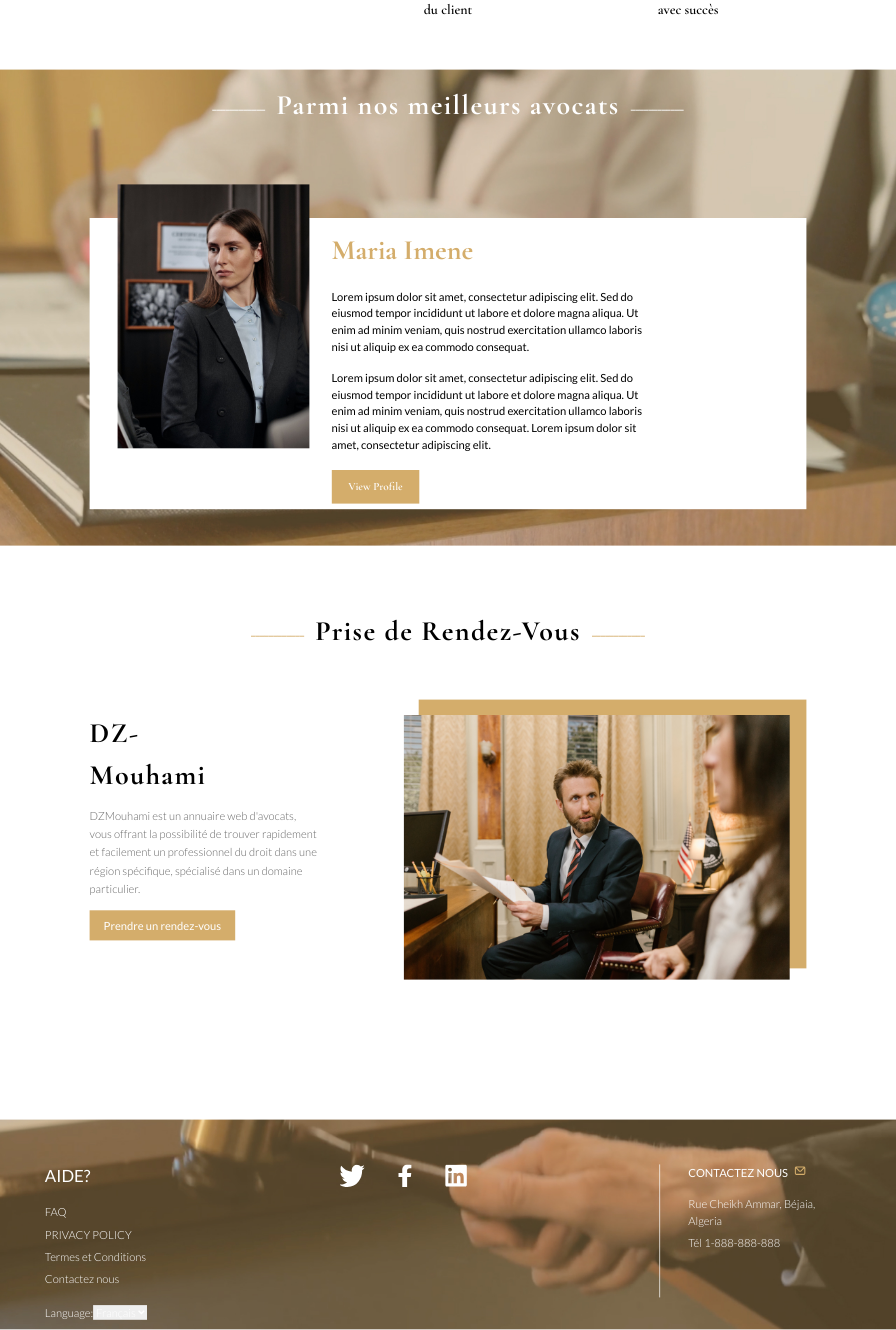
Repository: Chekrouba-Tinhinane/Mohami_dz
Page: / (app in client/)
These files come from the project's save history. The page is drawn as it stood at one moment and after the next save; the edit follows.
The browser window is 1280 px wide. The pictures show the part of the page from y = 2368 to 4288 px (the page is 4268 px tall before and 4288 px after), at 70% of full size.
The project was rebuilt for these pictures with package versions that can differ from the ones it lists, and the page was loaded fresh each time. Also part of the build but not shown: client/vite.config.js, client/src/SignIn.jsx, client/src/components/Selector.jsx, client/src/components/SearchContainer.jsx, client/src/Search.jsx, client/src/components/super/HomeLayout.jsx, client/src/components/Profile.jsx.

Above is the page before, as saved 2024-01-25 18:23:32.

### client/index.html
<!doctype html>
<html lang="en">
  <head>
    <meta charset="UTF-8" />
    <link rel="icon" type="image/svg+xml" href="/vite.svg" />
    <meta name="viewport" content="width=device-width, initial-scale=1.0" />
    <title>Mouhami DZ</title>
  </head>
  <body>
    <div id="root"></div>
    <script type="module" src="/src/App.jsx"></script>
  </body>
</html>

### client/src/App.jsx
import React from "react";
import { createRoot } from "react-dom/client";
import { BrowserRouter, Routes, Route } from "react-router-dom";
import "./index.css";
import LandingPage from "./LandingPage";
import SignIn from "./SignIn";
import Search from "./Search";
import HomeLayout from "./components/super/HomeLayout";
import Profile from "./components/Profile";

const App = () => {
  return (
    <BrowserRouter>
      <Routes>
        <Route path={"/"} element={<LandingPage />} />

        <Route path={"/Signin"} element={<SignIn />} />
        <Route
          path={"/Search"}
          element={<HomeLayout pageComponent={<Search />} />}
        />
        {/* <Route path={"/Signin"} element={<SignIn />} />
        <Route
          path={"/Schedule"}
          element={<HomeLayout pageComponent={<Schedule />} />}
        />

        <Route
          path={"/Settings"}
          element={<HomeLayout pageComponent={<Staff />} />}
        />
        <Route
          path={"/profile/:id"}
          element={<HomeLayout pageComponent={<Profile />} />}
        /> */}
        <Route
          path={"/profile"}
          element={<HomeLayout pageComponent={<Profile />} />}
        />
      </Routes>
    </BrowserRouter>
  );
};

export default App;

const root = createRoot(document.getElementById("root"));
root.render(<App />);

### client/src/index.css
@import url("https://fonts.googleapis.com/css2?family=Cormorant+Garamond:wght@300;400;500;600;700&family=Lato:wght@100;300;400;700;900&display=swap");

@tailwind base;
@tailwind components;
@tailwind utilities;

@layer base {
  a {
    @apply cursor-pointer;
  }
  h1 {
    @apply text-[50px] font-bold;
  }
  h2 {
    @apply text-[2.5rem] font-bold;
  }
  p {
  }
  h3 {
  }
  h4 {
    @apply text-[1rem] font-semibold;
  }
  textarea {
  }
  input {
  }
  select {
  }
}

* {
  /*font-family: 'Cormorant Garamond', serif; */
  font-family: "Lato", sans-serif;
  box-sizing: border-box;
  padding: 0;
  margin: 0;
}

.recursive {
  font-family: "Cormorant Garamond", serif;
}

.nav-item::after {
  content: "";
  display: block;
  width: 0;
  height: 2px;
  margin-top: 5px;
  background-color: rgb(212, 173, 107);
  transition: width 0.4s;
}

.nav-item:hover::after {
  width: 100%;
}

### client/src/LandingPage.jsx
import React, { useEffect, useState } from "react";

import header from "./assets/landing/header.jpg";
import hero from "./assets/landing/hero.png";
import section1 from "./assets/landing/section1.jpg";
import section2 from "./assets/landing/section2.jpg";
import footer from "./assets/landing/footer.jpg";
import maria from "./assets/landing/maria.jpg";
import scene from "./assets/landing/scene.png";

import msg from "./assets/icons/contact/msg.svg";

import twitter from "./assets/icons/footer/twitter.svg";
import fb from "./assets/icons/footer/fb.svg";
import linkedin from "./assets/icons/footer/linkedin.svg";

import NavBar from "./components/super/NavBar";

import AOS from "aos";
import "aos/dist/aos.css";

AOS.init();

const LandingPage = () => {
  useEffect(() => {
    AOS.refresh();
  }, []);

  return (
    <div className="overflow-hidden flex flex-col relative mx-auto items-center bg-white z-10">
      <header className=" p-3 recursive border-b border-b-primary w-[90%] text-center font-semibold text-xl">
        {" "}
        DZ Mouhami{" "}
      </header>
      <NavBar />
      <Header />
      <About />
      <Feedback />

      <Achievements />
      <Hero />
      <Appoint />
      <Footer />
    </div>
  );
};

export default LandingPage;

function Header() {
  return (
    <section
      id="header"
      className=" relative flex w-screen justify-center my-3"
    >
      <img src={header} className="w-full h-[600px] object-cover" alt="" />
      <h2 className=" recursive absolute bottom-[7%] left-[10%] text-white w-[60%]">
        "Legal Solutions, Trusted Advocacy: Your Path to Justice Begins with
        Us."
      </h2>
    </section>
  );
}

function About() {
  return (
    <section
      id="about"
      data-aos="fade-right"
      data-aos-duration="1000"
      className="mx-3 my-10 flex gap-[6rem] justify-center items-center"
    >
      {/* fifth section */}
      <div className=" flex flex-col w-[40%] ">
        <h2 className=" recursive w-[40%] place-self-end">
          A propos de DZ Mouhami
        </h2>
        <img src={hero} className="" alt="" />
      </div>

      <div className=" basis-[40%] mb-16 ">
        {" "}
        {/*  */}
        <h2 className=" recursive tracking-wider w-[50%] my-4">DZ-Mouhami</h2>
        <p className=" w-[80%] opacity-60 font-light leading-relaxed mb-7">
          DZMouhami est un annuaire web d'avocats, vous offrant la possibilité
          de trouver rapidement et facilement un professionnel du droit dans une
          région spécifique, spécialisé dans un domaine particulier.
        </p>
        <a
          href=""
          className=" py-2 px-5 text-white bg-primary hover:bg-opacity-65"
        >
          Trouver un avocat
        </a>
      </div>
    </section>
  );
}

function Feedback() {
  const userComments = [
    {
      username: "User123",
      comment:
        "Effortlessly found the right lawyer for my needs – the detailed profiles and client reviews streamlined the decision-making process.",
    },
    {
      username: "LegalEagle",
      comment:
        "Incredibly user-friendly directory; comprehensive lawyer profiles and responsive design made my search for legal representation hassle-free.",
    },
    {
      username: "LawSeeker",
      comment:
        "Highly impressed with the intuitive interface and wealth of information – this directory simplified the task of finding a skilled attorney.",
    },
  ];

  // You can now use the userComments array as needed in your code.

  return (
    <section
      id="feedback"
      className=" relative flex w-screen justify-center my-4"
    >
      <img
        src={section1}
        className="w-full h-[640px] bg-center object-cover"
        alt=""
      />
      <div className="absolute top-0 text-white">
        <div className=" flex flex-col items-center">
          <div className="flex items-center my-5 gap-4">
            <span className=" font-semibold select-none">____________</span>
            <h2 className=" recursive  tracking-wider ">
              Nos Témoignages
            </h2>{" "}
            <span className=" font-semibold select-none">____________</span>
          </div>

          <h2 className=" mt-16 mb-8 recursive w-[85%] text-center">
            CE QUE NOS CLIENTS PENSENT DE NOUS
          </h2>
          <div className=" flex gap-10 w-[75%] ">
            {userComments.map((el, i) => {
              return (
                <div className=" flex flex-col justify-between bg-white p-6 rounded-md text-black text-sm h-56 ">
                  {el.comment}
                  <div className=" flex gap-5 items-center">
                    {" "}
                    <div class="w-14 h-14 bg-gray-500 rounded-full"></div>
                    {el.username}
                  </div>
                </div>
              );
            })}
          </div>
        </div>
      </div>
    </section>
  );
}

function Achievements() {
  return (
    <div className=" flex flex-col w-[80%] items-center mx-auto my-10 gap-8 ">
      <div className="flex items-center my-5 gap-4">
        <span className=" font-semibold select-none text-primary">
          ____________
        </span>
        <h2 className=" recursive tracking-wider">Nos Réalisations</h2>{" "}
        <span className=" font-semibold select-none text-primary">
          ____________
        </span>
      </div>

      <div className="flex w-full justify-between  ">
        <div className="flex flex-col items-center basis-[33%] gap-4">
          {" "}
          <h4 className=" recursive text-primary text-3xl font-bold">
            879+
          </h4>{" "}
          <span className=" w-[70%] text-center recursive font-semibold text-xl">
            Consultations
          </span>
        </div>
        <div className="flex flex-col items-center basis-[33%] gap-4">
          {" "}
          <h4 className=" recursive text-primary text-3xl font-bold">
            12 Mil
          </h4>{" "}
          <span className=" w-[70%] text-center recursive font-semibold text-xl">
            Coûts recouvrés au bénéfice du client
          </span>
        </div>
        <div className="flex flex-col items-center basis-[33%] gap-4">
          {" "}
          <h4 className=" recursive text-primary text-3xl font-bold">
            92%
          </h4>{" "}
          <span className=" w-[70%] text-center recursive font-semibold text-xl">
            Affaires pénales défendues avec succès
          </span>
        </div>
      </div>
    </div>
  );
}

function Hero() {
  return (
    <section id="hero" className=" relative flex w-screen justify-center my-8 ">
      <img
        src={section2}
        className="w-full h-[680px] bg-center object-cover"
        alt=""
      />
      <div className="absolute top-0 text-white">
        <div className=" flex flex-col items-center gap-[6rem]">
          <div className="flex items-center my-5 gap-4">
            <span className=" font-semibold select-none">____________</span>
            <h2 className=" recursive  tracking-wider ">
              Parmi nos meilleurs avocats
            </h2>{" "}
            <span className=" font-semibold select-none">____________</span>
          </div>

          <div className=" flex gap-8 w-[80%] bg-white text-black h-[26rem] px-10 my-4 ">
            <div className="relative basis-[30%]">
              {" "}
              <img
                src={maria}
                alt=""
                className=" absolute -top-12  object-contain"
              />
            </div>
            <div className=" flex flex-col basis-[70%] my-4 gap-6  ">
              {" "}
              <h2 className=" recursive text-primary">Maria Imene</h2>{" "}
              <p className=" w-[70%] flex flex-col gap-5 ">
                <span>
                  Lorem ipsum dolor sit amet, consectetur adipiscing elit. Sed
                  do eiusmod tempor incididunt ut labore et dolore magna aliqua.
                  Ut enim ad minim veniam, quis nostrud exercitation ullamco
                  laboris nisi ut aliquip ex ea commodo consequat.{" "}
                </span>

                <span>
                  Lorem ipsum dolor sit amet, consectetur adipiscing elit. Sed
                  do eiusmod tempor incididunt ut labore et dolore magna aliqua.
                  Ut enim ad minim veniam, quis nostrud exercitation ullamco
                  laboris nisi ut aliquip ex ea commodo consequat. Lorem ipsum
                  dolor sit amet, consectetur adipiscing elit.
                </span>
              </p>
              <a
                href=""
                className="flex w-max recursive text-white bg-primary px-6 py-3 font-semibold hover:bg-opacity-75"
              >
                View Profile
              </a>
            </div>
          </div>
        </div>
      </div>
    </section>
  );
}

function Footer() {
  const [language, setLanguage] = useState("fr");

  const handleLanguageChange = (event) => {
    setLanguage(event.target.value);
    // You can add logic here to change the language of your website
    // For example, you might reload the page or fetch translated content from a server
  };
  return (
    <footer
      id="footer"
      className="h-[300px] relative flex w-full justify-center mt-[10rem] text-white"
    >
      <img src={footer} alt="" className="w-full object-cover" />
      {/* sixth section */}
      <div className="absolute w-full flex justify-center py-[4rem]">
        <div className="flex items-center justify-between px-16 max-w-[86rem] w-full">
          <div className="flex flex-col gap-6">
            <h3 className=" text-2xl">AIDE?</h3>
            <ul className="flex flex-col font-light gap-2">
              <li>FAQ</li>
              <li>PRIVACY POLICY</li>
              <li>Termes et Conditions</li>
              <li>Contactez nous</li>
            </ul>

            <div className="language-selector font-light">
              <label htmlFor="language-select">Language:</label>
              <select
                id="language-select"
                value={language}
                onChange={handleLanguageChange}
              >
                <option value="fr">Français</option>
                <option value="en">English</option>
              </select>
            </div>
          </div>

          <div className="flex place-self-start gap-[3rem]">
            <img src={twitter} alt="" />
            <img src={fb} alt="" />
            <img src={linkedin} alt="" />
          </div>

          <div className="border-l border-l-white pl-10 flex flex-col gap-5 h-[85%] place-self-start">
            <p className="flex gap-2">
              CONTACTEZ NOUS
              <span>
                <img src={msg} alt="" />
              </span>
            </p>
            <div className="flex flex-col gap-2 font-light w-[80%]">
              <p>Rue Cheikh Ammar, Béjaia, Algeria</p>
              <p>Tél 1-888-888-888</p>
            </div>
          </div>
        </div>
      </div>
    </footer>
  );
}

function Appoint() {
  return (
    <section
      id="appoint"
      className=" flex flex-col w-full justify-center items-center gap-[3rem] my-10"
    >
      <div className=" flex flex-col items-center">
        <div className="flex items-center my-5 gap-4">
          <span className=" font-semibold select-none text-primary">
            ____________
          </span>
          <h2 className=" recursive  tracking-wider ">Prise de Rendez-Vous</h2>{" "}
          <span className=" font-semibold select-none text-primary">
            ____________
          </span>
        </div>
      </div>

      <div className=" flex w-[80%] items-center justify-between ">
        <div className=" basis-[40%] mb-16 ">
          {" "}
          {/*  */}
          <h2 className=" recursive tracking-wider w-[50%] my-4">DZ-Mouhami</h2>
          <p className=" w-[80%] opacity-60 font-light leading-relaxed mb-7">
            DZMouhami est un annuaire web d'avocats, vous offrant la possibilité
            de trouver rapidement et facilement un professionnel du droit dans
            une région spécifique, spécialisé dans un domaine particulier.
          </p>
          <a
            href=""
            className=" py-3 px-5 text-white bg-primary hover:bg-opacity-65"
          >
            Prendre un rendez-vous{" "}
          </a>
        </div>

        <img src={scene} className="" alt="" />
      </div>
    </section>
  );
}

### client/src/components/super/NavBar.jsx
import { motion } from "framer-motion";
import { Link } from "react-router-dom";
import { Link as ScrollLink } from "react-scroll";

const NavBar = () => {
  return (
    <div
      whileHover={{ scale: 1, originX: 0, color: "#D4AD6B" }}
      transition={{ type: "tween", duration: 0.2 }}
      className=" flex items-center px-20 pt-6 mb-3 w-full justify-between "
    >
      <motion.ul className="flex gap-[2rem] text-sm">
        <motion.li
          whileHover={{ scale: 1, originX: 0, color: "#D4AD6B" }}
          transition={{ type: "tween", duration: 0.2 }}
          className=" font-semibold opacity-80 tracking-wider cursor-pointer"
        >
          <ScrollLink
            to={"about"}
            spy={true}
            smooth={true}
            offset={-50}
            duration={500}
            className="nav-item"
          >
            Accueil
          </ScrollLink>
        </motion.li>
        <motion.li
          whileHover={{ scale: 1, originX: 0, color: "#D4AD6B" }}
          transition={{ type: "tween", duration: 0.2 }}
          className=" font-semibold opacity-80 tracking-wider cursor-pointer"
        >
          <ScrollLink
            to="hero"
            spy={true}
            smooth={true}
            offset={0}
            duration={500}
            className="nav-item"
          >
            Trouver un avocat
          </ScrollLink>
        </motion.li>
        <motion.li
          whileHover={{ scale: 1, originX: 0, color: "#D4AD6B" }}
          transition={{ type: "tween", duration: 0.2 }}
          className=" font-semibold opacity-80 tracking-wider cursor-pointer"
        >
          <ScrollLink
            to="appoint"
            spy={true}
            smooth={true}
            offset={50}
            duration={500}
            className="nav-item"
          >
            Prendre un rendez-vous
          </ScrollLink>
        </motion.li>
        <motion.li
          whileHover={{ scale: 1, originX: 0, color: "#D4AD6B" }}
          transition={{ type: "tween", duration: 0.2 }}
          className=" font-semibold opacity-80 tracking-wider cursor-pointer"
        >
          <ScrollLink
            to="footer"
            spy={true}
            smooth={true}
            offset={-100}
            duration={500}
            className="nav-item"
          >
            Contactez nous
          </ScrollLink>
        </motion.li>
      </motion.ul>
      <div className="flex gap-[1rem]">
        <Link
          to={"/SignIn"}
          href=""
          className=" recursive flex items-center font-semibold text-primary border border-primary bg-white text-center text-lg py-1.5 px-3.5 hover:bg-opacity-70 "
        >
          Se connecter
        </Link>
      </div>
    </div>
  );
};

export default NavBar;

### client/tailwind.config.js
/** @type {import('tailwindcss').Config} */
module.exports = {
  content: ["./src/**/*.{js,jsx,ts,tsx}"],
  theme: {
    extend: {
      colors: {
        lightBrown: "#FAF5EE",
        primary: "#D4AD6B"
      },
    },
  },
  plugins: [],
};

After the next save:
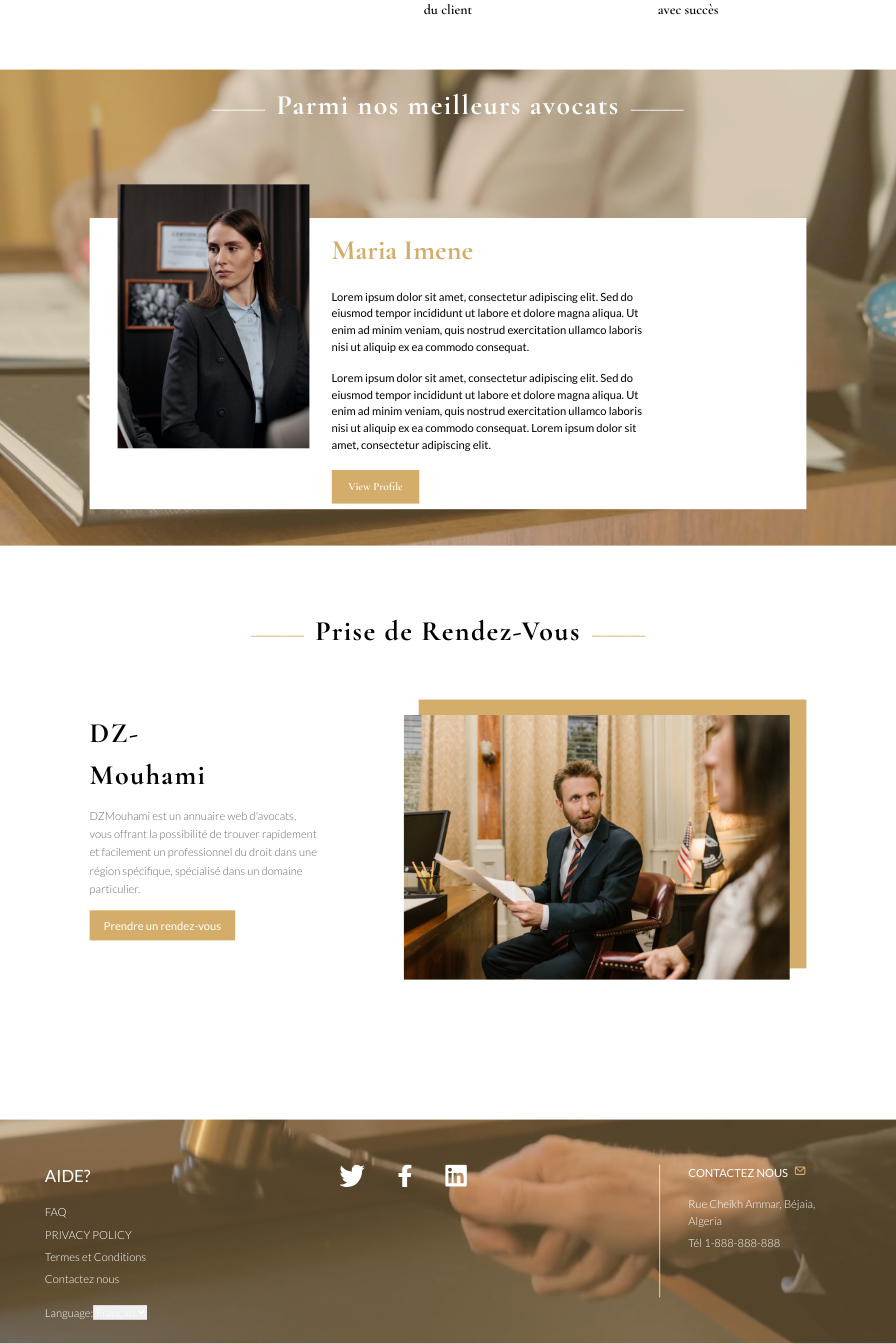
Saved 9 s later.
--- a/client/src/LandingPage.jsx
+++ b/client/src/LandingPage.jsx
@@ -279,7 +279,7 @@ function Footer() {
   return (
     <footer
       id="footer"
-      className="h-[300px] relative flex w-full justify-center mt-[10rem] text-white"
+      className="h-[320px] relative flex w-full justify-center mt-[10rem] text-white"
     >
       <img src={footer} alt="" className="w-full object-cover" />
       {/* sixth section */}
